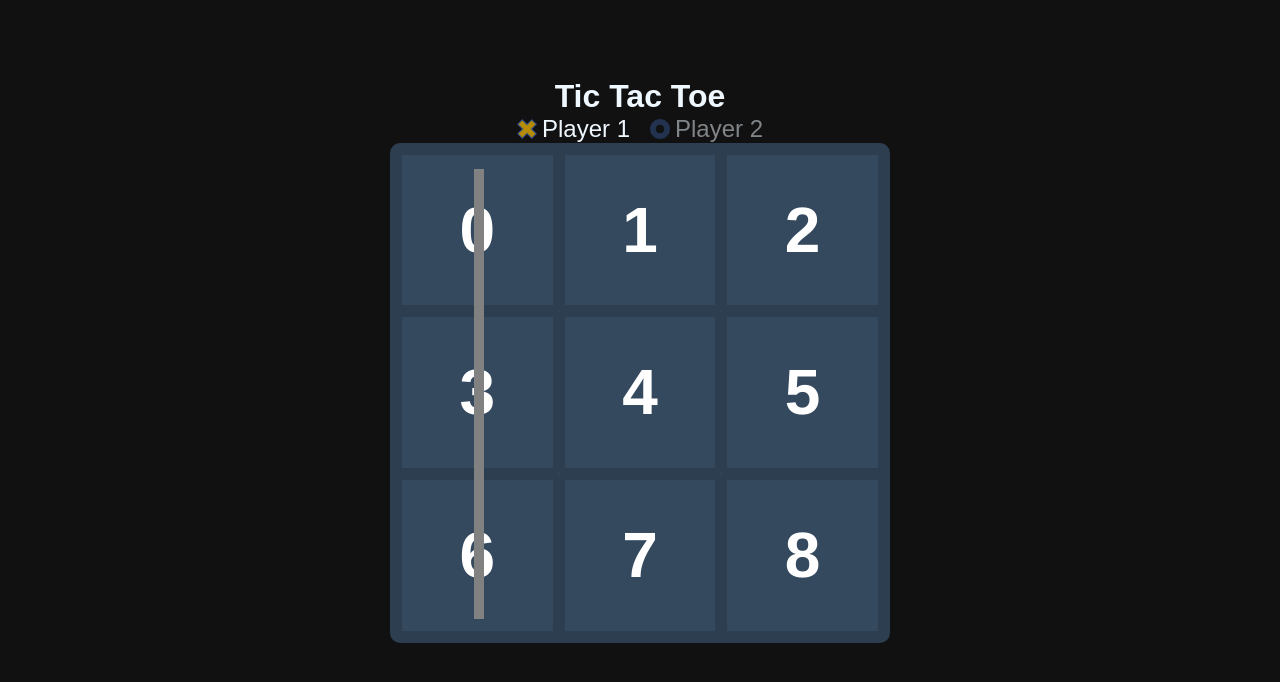
Repository: richardlieknis/tictactoe
Page: index.html
An editor plug-in stored every save of this project. The page is shown before and after the next save, followed by the edit.
The browser window is 1280 px wide. The pictures show the whole page.

Above is the page before, as saved 2022-12-08 16:00:30.

### index.html
<!DOCTYPE html>
<html lang="en">

<head>
    <meta charset="UTF-8" />
    <meta http-equiv="X-UA-Compatible" content="IE=edge" />
    <meta name="viewport" content="width=device-width, initial-scale=1.0" />
    <title>TicTacToe</title>
    <link rel="stylesheet" href="css/style.css" />
    <link rel="stylesheet" href="css/mobile.css" />

    <script src="main.js"></script>
</head>

<body>
    <div class="maincontainer">
        <h1>Tic Tac Toe</h1>
        <div class="players">
            <div id="player1" class="">
                <img src="src/img/cross.png" /> Player 1
            </div>
            <div id="player2" class="inactive">
                <img src="src/img/circle.png" /> Player 2
            </div>
        </div>
        <div class="gameField">
            <div class="box" id="0" onclick="playerPlace(0)">0</div>
            <div class="box" id="1" onclick="playerPlace(1)">1</div>
            <div class="box" id="2" onclick="playerPlace(2)">2</div>
            <div class="box" id="3" onclick="playerPlace(3)">3</div>
            <div class="box" id="4" onclick="playerPlace(4)">4</div>
            <div class="box" id="5" onclick="playerPlace(5)">5</div>
            <div class="box" id="6" onclick="playerPlace(6)">6</div>
            <div class="box" id="7" onclick="playerPlace(7)">7</div>
            <div class="box" id="8" onclick="playerPlace(8)">8</div>
            <div class="lines">
                <div id="line0" class="line" style="top: 75px; left: 20px; transform: scaleX(0)"></div>
                <div id="line1" class="line" style="top: 240px; left: 20px; transform: scaleX(0)"></div>
                <div id="line2" class="line" style="top: 400px; left: 20px; transform: scaleX(0)"></div>
                <div id="line3" class="line" style="top: 240px; right: 180px; transform: rotate(90deg) scaleX(1)"></div>
                <div id="line4" class="line" style="top: 240px; right: 20px; transform: rotate(90deg) scaleX(0)"></div>
                <div id="line5" class="line" style="top: 240px; left: 180px; transform: rotate(90deg) scaleX(0)"></div>
                <div id="line6" class="line" style="top: 240px; right: 20px; transform: rotate(45deg) scaleX(0)"></div>
                <div id="line7" class="line" style="top: 240px; right: 20px; transform: rotate(-45deg) scaleX(0)"></div>
            </div>
        </div>
    </div>
</body>

</html>

### css/style.css
* {
    margin: 0;
    padding: 0;
    box-sizing: border-box;
}

body {
    font-family: sans-serif;
    color: aliceblue;
    background-color: #111;
}

.players {
    display: flex;
    align-items: center;
    justify-content: center;
    gap: 20px;
}

#player1,
#player2 {
    display: flex;
    align-items: center;
    gap: 5px;
    font-size: 24px;
}

.inactive {
    opacity: 0.5;
}

.players img {
    width: 20px;
}

.maincontainer {
    display: flex;
    justify-content: center;
    align-items: center;
    flex-direction: column;
    height: 100vh;
}

.gameField {
    position: relative;
    width: 500px;
    height: 500px;
    margin: 0 auto;
    background-color: #34495e;
    color: #fff;
    border: 6px solid #2c3e50;
    border-radius: 10px;
    display: grid;
    grid-template: repeat(3, 1fr) / repeat(3, 1fr);
}

.box {
    border: 6px solid #2c3e50;
    border-radius: 2px;
    font-family: Helvetica;
    font-weight: bold;
    font-size: 4em;
    display: flex;
    justify-content: center;
    align-items: center;
    cursor: pointer;
}

.box:hover {
    background-color: #416080;
}

.line {
    position: absolute;
    width: 450px;
    height: 10px;
    background-color: rgb(129, 129, 129);
    transform: scaleX(1);
    transition: transform 1s ease-in-out;
}

.make-vertical {
    transform: rotate(90deg) scaleX(0);
}

#line0 {
    transform: scaleX(0);
}

### main.js
const circle = document.getElementById('circle');
const cross = document.getElementById('cross');
const gameover = document.getElementById('gameover');

let fields = [0, 1, 2, 3, 4, 5, 6, 7, 8];
let currentPlayer = 'cross';
let win = false;

let winFields = [
    [0, 1, 2],
    [3, 4, 5],
    [6, 7, 8],
    [0, 3, 6],
    [1, 4, 7],
    [2, 5, 8],
    [0, 4, 8],
    [2, 4, 6]
]

function playerPlace(id) {
    let fieldHtml = document.getElementById(id);
    if (fields[id] < 9 && !win) {
        if (currentPlayer === 'circle') {
            fields[id] = 'circle';
            fieldHtml.innerHTML = `<img src="src/img/circle.png">`;
            checkWin();
            currentPlayer = 'cross';
            document.getElementById('player1').classList.remove('inactive');
            document.getElementById('player2').classList.add('inactive');
        } else if (currentPlayer === 'cross') {
            fields[id] = 'cross';
            fieldHtml.innerHTML = `<img src="src/img/cross.png">`;
            checkWin();
            currentPlayer = 'circle';
            document.getElementById('player2').classList.remove('inactive');
            document.getElementById('player1').classList.add('inactive');
        }
    }
}

function checkWin() {
    for (let i = 0; i < winFields.length; i++) {
        if (fields[winFields[i][0]] === fields[winFields[i][1]] &&
            fields[winFields[i][1]] === fields[winFields[i][2]]) {
            console.log("GEWONNEN:", currentPlayer);
            win = true;
        }
    }

}

function resetGame() {
    win = false;
    for (let i = 0; i < 9; i++) {
        let fieldHtml = document.getElementById(i);
        fields = [0, 1, 2, 3, 4, 5, 6, 7, 8];
        fieldHtml.innerHTML = "";
    }
}

Loaded but not shown: css/mobile.css (no stored copy; drawn as an empty file)

After the next save:
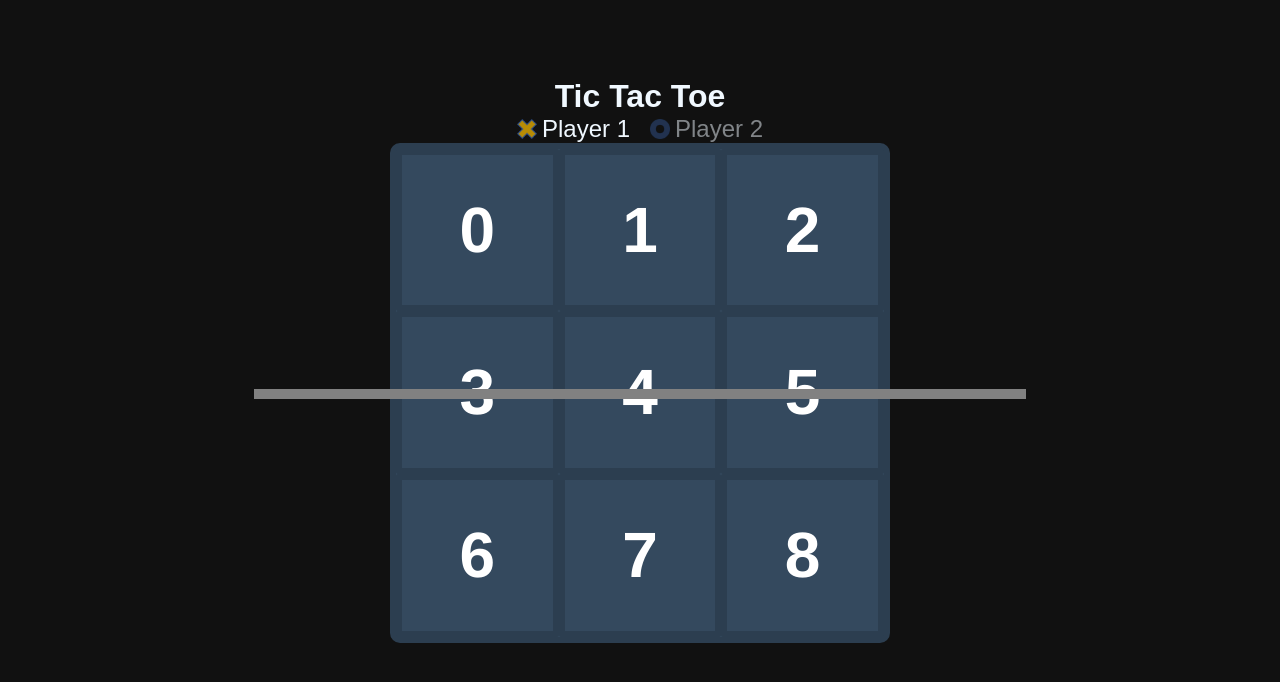
Saved 43 s later.
--- a/index.html
+++ b/index.html
@@ -37,9 +37,9 @@
                 <div id="line0" class="line" style="top: 75px; left: 20px; transform: scaleX(0)"></div>
                 <div id="line1" class="line" style="top: 240px; left: 20px; transform: scaleX(0)"></div>
                 <div id="line2" class="line" style="top: 400px; left: 20px; transform: scaleX(0)"></div>
-                <div id="line3" class="line" style="top: 240px; right: 180px; transform: rotate(90deg) scaleX(1)"></div>
-                <div id="line4" class="line" style="top: 240px; right: 20px; transform: rotate(90deg) scaleX(0)"></div>
-                <div id="line5" class="line" style="top: 240px; left: 180px; transform: rotate(90deg) scaleX(0)"></div>
+                <div id="line3" class="line" style="top: 240px; right: 180px"></div>
+                <div id="line4" class="line" style="top: 240px; right: 20px"></div>
+                <div id="line5" class="line" style="top: 240px; left: 180px"></div>
                 <div id="line6" class="line" style="top: 240px; right: 20px; transform: rotate(45deg) scaleX(0)"></div>
                 <div id="line7" class="line" style="top: 240px; right: 20px; transform: rotate(-45deg) scaleX(0)"></div>
             </div>
